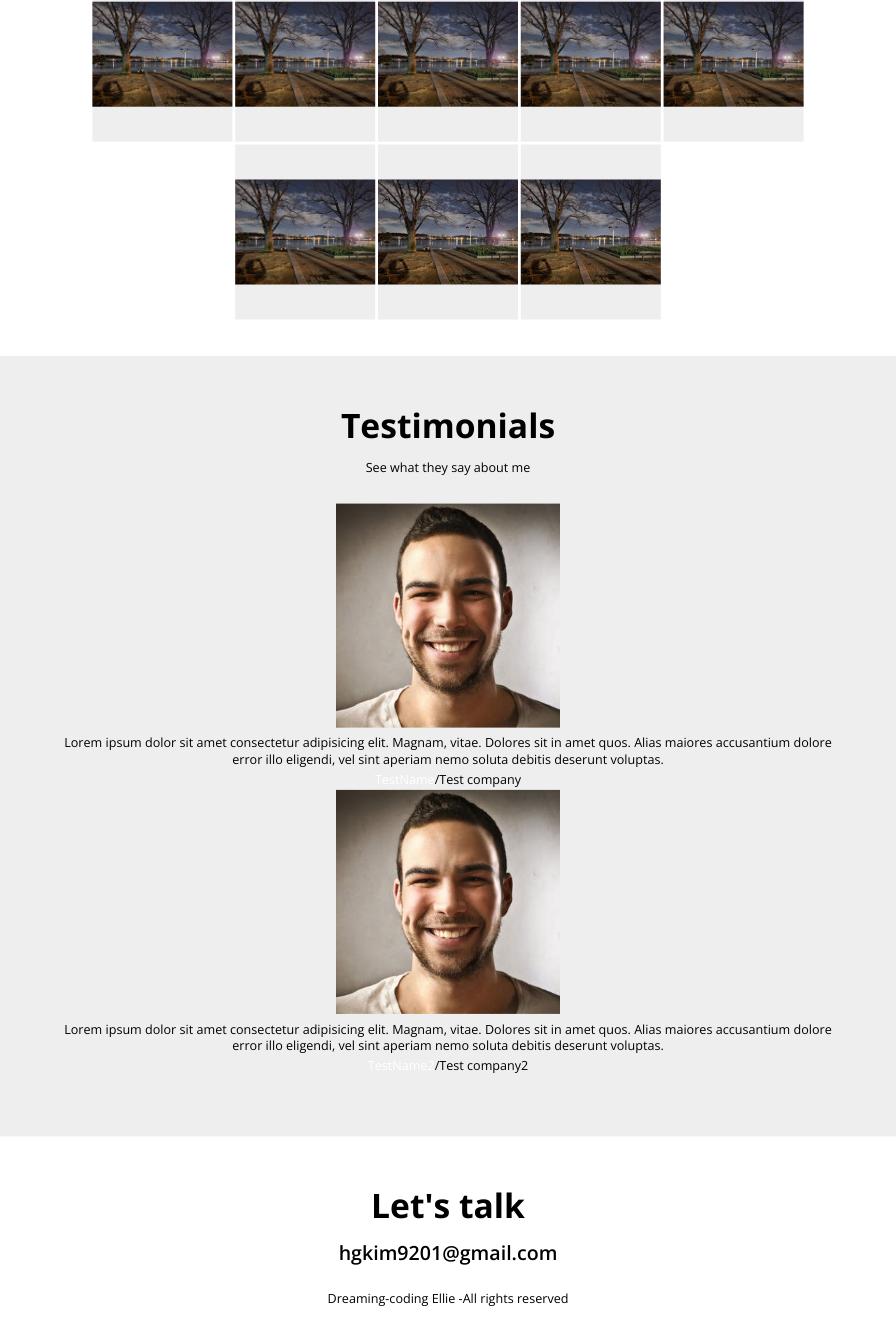
Repository: delphkim/portfolio
Page: index.html
These files come from the project's save history. The page is drawn as it stood at one moment and after the next save; the edit follows.
The browser window is 1280 px wide. The pictures show the part of the page from y = 2609 to 4529 px (the page is 4529 px tall before and 4371 px after), at 70% of full size.
Some web libraries are served in a nearby version.

Above is the page before, as saved 2021-08-04 17:17:33.

### index.html
<!DOCTYPE html>
<html lang="en">
  <head>
    <meta charset="UTF-8" />
    <meta http-equiv="X-UA-Compatible" content="IE=edge" />
    <meta name="viewport" content="width=device-width, initial-scale=1.0" />
    <title>DevelPhaba's Portfolio</title>
    <meta name="description" content="Portfolio for world-reknowned software engineer develPhaba"/>
    <meta name="author" content="develPhaba" />
    <link rel="icon" type="img/png" href="./imgs/favicon.png">
    <script src="https://kit.fontawesome.com/d2b892ca94.js" crossorigin="anonymous"></script>
    <link rel="preconnect" href="https://fonts.googleapis.com" />
    <link rel="preconnect" href="https://fonts.gstatic.com" crossorigin />
    <link href="https://fonts.googleapis.com/css2?family=Open+Sans:wght@400;600;700&display=swap" rel="stylesheet"/>
    <!-- CSS rules to specify families -->
    <!-- 1. font-family: 'Open Sans', sans-serif;  -->
    <link rel="stylesheet" href="./style.css">
    <script src="./main.js" defer></script>
  </head>
  <body>
    <!-- Navbar -->
    <nav id="navbar">
      <div class="navbar__logo">
        <img class="navbar__icon" src="./imgs/favicon.png" alt="logo">
        <a href="#">develPhaba</a>
      </div>

        <ul class="navbar__menu">
          <li class="navbar__menu__item active">Home</li>
          <li class="navbar__menu__item">About</li>
          <li class="navbar__menu__item">Skills</li>
          <li class="navbar__menu__item">My work</li>
          <li class="navbar__menu__item">Testimonials</li>
          <li class="navbar__menu__item">Contact</li>
        </ul>

    </nav>
    <!-- Home -->
    <section id="home">
      <img src="./imgs/home.jpg"
           alt="develPhabas' profile photo"
           class="home__avatar">
           <h1 class="home__title">Hello, <br>I'm develPhaba</br></h1>
           <h2 class="home__description">Front-end engineer, who wants to be a Full-stack engineer </h2>
           <button class="home__contact">Contact me</button>
    </section>
    <!-- About -->
    <section id="about" class="section section__container">
      <h1>About me</h1>
      <p>I've studied front-end skills.
        <br>After working as a front-end endgineer for several years,
        <br>I want to broaden my skill stack.
      </p>
      <div class="about__majors">
        <div class="major">
          <div class="major__icon">
            <i class="fab fa-html5"></i>
          </div>
          <h2 class="major__title">HTML</>
          <p class="major__description">HTML5</p>
        </div>
        <div class="major">
            <div class="major__icon">
              <i class="fab fa-css3-alt"></i>
            </div>
            <h2 class="major__title">CSS</h2>
            <p class="major__description">CSS3</p>
        </div>
        <div class="major">
          <div class="major__icon">
            <i class="fab fa-js"></i>
          </div>
          <h2 class="major__title">JavaScript</h2>
          <p class="major__description">ES5<br>ES6+</p>
        </div>
      </div>
      <div class="about__schools">
        <div class="school">
          <img src="./imgs/schools/dream-coding.png" alt="dream-coding" class="school__logo">
          <div class="school__description">
             <p class="school__title">Dream-coding Academy</p>
             <p class="school__years">2021.6~</p>
          </div>
        </div>
        <div class="school">
          <img src="./imgs/schools/inflearn.png" alt="inflearn" class="school__logo">
          <div class="school__description">
             <p class="school__title">Inflearn</p>
             <p class="school__years">2021.1~</p>
          </div>
        </div>
      </div>

    </section>
    <!-- Skills -->
     <section id="skills" class="section">
       <div class="section__container">
           <h1>Skills</h1>
  <h2>Skills & Attributes</h2>
  <p>
    Passion for learning new technologies. Capable of working with a team environment
    and independently. Ability to plan and time schedule, work under
    strict time pressure and adapt quickly when needed.
  </p>
  <div class="skillset">
    <div class="skillset__left">
      <h3 class="skillset__title">Skills</h3>
      <div class="skill">
        <div class="skill__description">
          <span>HTML</span>
          <span>60%</span>
        </div>
        <div class="skill__bar">
          <div class="skill__value" style="width: 60%"></div>
        </div>
      </div>
      <div class="skill">
        <div class="skill__description">
          <span>CSS</span>
          <span>65%</span>
        </div>
        <div class="skill__bar">
          <div class="skill__value" style="width: 65%"></div>
        </div>
      </div>
      <div class="skill">
        <div class="skill__description">
          <span>JavaScript</span>
          <span>70%</span>
        </div>
        <div class="skill__bar">
          <div class="skill__value" style="width: 70%"></div>
        </div>
      </div>
    </div>
    <div class="skillset__right">
      <div class="tools">
        <h3 class="skillset__title">tools</h3>
        <ul class="tools__list">
          <li><span>Visual Studio Code</span></li>
          <li><span>...</span></li>
          <li><span>...</span></li>
          <li><span>...</span></li>
          <li><span>...</span></li>
        </ul>
      </div>
      <div class="etc">
        <h3 class="skillset__title">etc</h3>
        <ul class="ect__list">
          <li><span>Git</span></li>
          <li><span>Github</span></li>
          <li><span>...</span></li>
        </ul>
      </div>
    </div>
  </div>
       </div>
    </section>
   <!-- Work -->
    <section id="work" class="section">
      <h1>My work</h1>
      <h3>Projects</h3>
      <div class="work__categories">
        <button class="category__btn">All <span class="category__count">8</span></button>
        <button class="category__btn">Vanilla JS <span class="category__count">3</span></button>
        <button class="category__btn">React <span class="category__count">3</span></button>
        <button class="category__btn">Backend <span class="category__count">2</span></button>
      </div>
      <div class="work__projects">
        <a href="https://github.com/develPhaba/test"
           class="project"
           target="blank">
           <img class="project__img" src="./imgs/projects/1.jpg" alt="one">
           <div class="project__description">
             <h3>first project</h3>
             <span>Clone coding with HTML and CSS</span>
           </div>
        </a>
        <a href="https://github.com/develPhaba/test"
           class="project"
           target="blank">
           <img class="project__img" src="./imgs/projects/2.jpg" alt="two">
           <div class="project__description">
            <h3>Second project</h3>
            <span>Clone coding with HTML, CSS and JavaScript</span>
          </div>
        </a>
        <a href="https://github.com/develPhaba/test"
           class="project"
           target="blank">
           <img class="project__img" src="./imgs/projects/3.jpg" alt="three">
           <div class="project__description">
            <h3>third project</h3>
            <span>Clone coding with HTML,CSS and JavaScript</span>
           </div>
        </a>
        <a href="https://github.com/develPhaba/test"
           class="project"
           target="blank">
          <img class="project__img" src="./imgs/projects/4.jpg" alt="four">
          <div class="project__description">
            <h3>fourth project</h3>
            <span>Clone coding,Front-end with React</span>
          </div>
        </a>
        <a href="https://github.com/develPhaba/test"
           class="project"
           target="blank">
          <img class="project__img" src="./imgs/projects/5.jpg" alt="five">
          <div class="project__description">
            <h3>fifth project</h3>
            <span>Clone coding,Front-end with React</span>
          </div>
        </a>
        <a href="https://github.com/develPhaba/test"
           class="project"
           target="blank">
          <img class="project__img" src="./imgs/projects/6.jpg" alt="six">
          <div class="project__description">
            <h3>sixth project</h3>
            <span>Clone coding,Front-end with React</span>
          </div>
        </a>
        <a href="https://github.com/develPhaba/test"
           class="project"
           target="blank">
           <img class="project__img" src="./imgs/projects/7.jpg" alt="seven">
           <div class="project__description">
            <h3>seventh project</h3>
            <span>Clone coding, Back-end with Node.js</span>
           </div>
        </a>
        <a href="https://github.com/develPhaba/test"
           class="project"
           target="blank">
           <img class="project__img" src="./imgs/projects/8.jpg" alt="eight">
           <div class="project__description">
            <h3>eighth project</h3>
            <span>Clone coding, Back-end with Node.js</span>
           </div>
        </a>
      </div>
    </section>
    <!-- Testimonials -->
    <section id="testimonials" class="section">
      <h1>Testimonials</h1>
      <h3>See what they say about me</h3>
      <div class="testimonials">
        <div class="testimonial">
          <img src="./imgs/testimonial/people1.jpg"
               alt="people"
               class="testimonial__avatar">
               <div class="testimonial__speech-bubble">
                 <p>Lorem ipsum dolor sit amet consectetur adipisicing elit. Magnam, vitae.
                   Dolores sit in amet quos. Alias maiores accusantium dolore error illo eligendi,
                   vel sint aperiam nemo soluta debitis deserunt voluptas.</p>
                   <p class="name"><a href="https://github.com/develPhaba/test">TestName</a>/Test company</p>
               </div>
        </div>
        <div class="testimonial">
          <img src="./imgs/testimonial/people2.jpg"
               alt="people"
               class="testimonial__avatar">
               <div class="testimonial__speech-bubble">
                <p>Lorem ipsum dolor sit amet consectetur adipisicing elit. Magnam, vitae.
                  Dolores sit in amet quos. Alias maiores accusantium dolore error illo eligendi,
                  vel sint aperiam nemo soluta debitis deserunt voluptas.</p>
                <p class="name"><a href="https://github.com/develPhaba/test">TestName2</a>/Test company2</p>
              </div>
        </div>
      </div>
    </section>
    <!-- Contact -->
    <section id="contact" class="section">
      <h1 class="contact__title">Let's talk</h1>
      <h2 class="contact__email">hgkim9201@gmail.com</h2>
      <div class="contact__links">
      <a href="https://github.com/develPhaba">
        <i class="fa fa-github"></i>
      </a>
      <a href="">
      <i class="fa fa-linkedin-square"></i>
      </a>
      </div>
      <p class="contact__rights">Dreaming-coding Ellie -All rights reserved</p>
    </section>
  </body>
</html>

### style.css
:root {
  /* Color */
  --color-white: #ffffff;
  --color-light-white: #eeeeee;
  --color-dark-white: #bdbdbd;
  --color-pink: #fe918d;
  --color-dark-pink: #ff6863;
  --color-dark-grey: #4d4d4d;
  --color-grey: #616161;
  --color-light-grey: #7c7979;
  --color-blue: #73aace;
  --color-yellow: #fff7d1;
  --color-orange: #feb546;
  --color-black: #000000;
  --color-green: #80deea;
  --color-dark-green: #17b0bb;
  --color-sky-blue: #2979ff;
  --color-dark-blue: rgb(31, 94, 204);
  /* Font size */
  --font-large: 48px;
  --font-medium: 28px;
  --font-regular: 18px;
  --font-small: 16px;
  --font-micro: 14px;
  /* Font weight */
  --weight-bold: 700;
  --weight-semi-bold: 600;
  --weight-regular: 400;
  /* Size */
  --size-border-radius: 4px;
  /*Animation*/
  --animation-duration: 300ms;
}
/* Universal tags */
* {
  box-sizing: border-box;
}
body {
  font-family: "Open Sans", sans-serif;
  margin: 0;
  cursor: default;
}
a {
  text-decoration: none;
  color: var(--color-white);
}
ul {
  list-style: none;
  padding-left: 0;
}
h1 {
  font-size: var(--font-large);
  font-weight: var(--weight-bold);
  color: var(--color-black);
  margin: 16px 0;
}
h2 {
  font-size: var(--font-medium);
  font-weight: var(--weight-semi-bold);
  color: var(--color-black);
  margin: 8px 0;
}
h3 {
  font-size: var(--font-regular);
  font-weight: var(--weight-regular);
  color: var(--color-black);
  margin: 8px 0;
}
p {
  font-size: var(--font-regular);
  font-weight: var(--weight-regular);
  color: var(--color-black);
  margin: 4px 0;
}
button {
  background-color: transparent;
  cursor: pointer;
  border: none;
  outline: none;
}
/* Navbar */
#navbar {
  display: flex;
  justify-content: space-between;
  background-color: var(--color-sky-blue);
  align-items: center;
  color: var(--color-white);
  padding: 16px;
}
.navbar__logo {
  font-size: var(--font-medium);
  font-weight: var(--weight-semi-bold);
}
.navbar__icon {
  width: var(--font-medium);
  height: var(--font-medium);
}
.navbar__menu {
  display: flex;
}
.navbar__menu__item {
  padding: 8px 12px;
  margin: 0 4px;
  cursor: pointer;
  border-radius: var(--size-border-radius);
}
.navbar__menu__item:hover {
  background-color: var(--color-dark-blue);
}
.navbar__menu__item.active {
  border: 1px solid var(--color-white);
}
/*Home*/
#home {
  background: url(./imgs/homepage-background.png) center/cover no-repeat;
  padding: 40px;
  text-align: center;
}
.home__avatar {
  width: 250px;
  height: 250px;
  border-radius: 50%;
  border: 2px solid var(--color-light-white);
}
.home__title,
.home__description {
  color: var(--color-white);
}
.home__contact {
  color: var(--color-white);
  font-size: var(--font-regular);
  font-weight: var(--weight-bold);
  margin: 24px;
  padding: 8px 12px;
  border: 2px solid var(--color-white);
  border-radius: var(--size-border-radius);
}
/* Section common */
.section {
  text-align: center;
  padding: 50px;
  margin: auto;
}
.section__container {
  max-width: 1200px;
  margin: auto;
}
/* About me */
.about__majors {
  display: flex;
  justify-content: space-between;
  margin: 80px 0;
}
.major__icon {
  color: var(--color-dark-blue);
  font-size: 70px;
  width: 170px;
  height: 170px;
  line-height: 170px;
  margin: auto;
  border: 1px solid var(--color-blue);
  border-radius: 50%;
  margin-bottom: 16px;
}
.major__title,
.major__description {
  color: var(--color-dark-grey);
}
.major__description {
  font-size: var(--font-small);
}
.major__icon i {
  transition: all var(--animation-duration) ease;
}
.major__icon:hover i {
  transform: rotate(-30deg) scale(1.1);
  color: var(--color-dark-pink);
}
.school {
  display: flex;
  align-items: center;
}
.school__description {
  margin: 0 16px;
  text-align: left;
}
.school__title,
.school__years {
  color: var(--color-dark-grey);
}

.school__title {
  font-size: var(--font-small);
}
.school__years {
  font-size: var(--font-micro);
}
/* Skills */
#skills {
  background-color: var(--color-yellow);
}
.skillset {
  display: flex;
  background-color: var(--color-light-grey);
  color: var(--color-light-white);
  margin: 20px 0;
}
.skillset__title {
  color: var(--color-white);
}
.skillset__left {
  flex-basis: 60%;
  background-color: var(--color-dark-grey);
  padding: 20px 40px;
}
.skill__description {
  display: flex;
  justify-content: space-between;
}
.skillset__right {
  flex-basis: 40%;
}
.skill {
  margin-bottom: 32px;
}
.skill__bar {
  width: 100%;
  height: 3px;
  background-color: var(--color-light-grey);
  border-radius: var(--size-border-radius);
}
.skill__value {
  height: 3px;
  background-color: var(--color-orange);
  border-radius: var(--size-border-radius);
}
.tools {
  background-color: var(--color-grey);
}

.tools,
.etc {
  padding: 20px;
}

/* Work */
.work__categories {
  margin: 40px;
}
.category__btn {
  border: 1px solid var(--color-light-white);
  border-radius: var(--size-border-radius);
  font-size: var(--font-regular);
  padding: 8px 48px;
}
.category__btn.active,
.category__btn:hover {
  background-color: var(--color-sky-blue);
  color: var(--color-white);
}
.category__btn.active .category__count,
.category__btn:hover .category__count {
  opacity: 1;
  top: 0;
}
.category__count {
  border-radius: 50%;
  background-color: var(--color-dark-green);
  color: var(--color-white);
  width: 24px;
  height: 24px;
  display: inline-block;
  line-height: 24px;
  position: relative;
  top: -20px;
  left: 4px;
  opacity: 0;
  transition: all var(--animation-duration) ease-in;
}

.work__projects {
  display: flex;
  flex-wrap: wrap;
  justify-content: center;
}
.project {
  width: 200px;
  height: 250px;
  margin: 2px;
  background-color: var(--color-light-white);
  position: relative;
  display: flex;
  justify-content: center;
  align-items: center;
}

.project__img {
  max-width: 100%;
  max-height: 100%;
}
.project__description {
  position: absolute;
  top: 0;
  left: 0;
  background-color: var(--color-black);
  width: 100%;
  height: 100%;
  display: flex;
  flex-direction: column;
  justify-content: center;
  transition: all var(--animation-duration) ease-in;
  opacity: 0;
  transform: translateY(-10px);
}
.project:hover .project__description {
  opacity: 0.8;
  transform: translateY(0);
}

.project__description h3 {
  color: var(--color-white);
}
.project__description h3:after {
  content: "";
  width: 24px;
  height: 2px;
  background-color: var(--color-dark-white);
  display: block;
  position: relative;
  left: 50%;
  margin-left: -12px;
  margin-top: 8px;
}
/* Testimonials */
#testimonials {
  background-color: var(--color-light-white);
}
.testimonials {
  margin: 40px;
}
.testimonials :nth-child(2) {
  flex-direction: row-reverse;
}
.testimonial {
  margin-bottom: 16[x;]
  display: flex;
}

Loaded but not shown: main.js (no stored copy; drawn as an empty file)

After the next save:
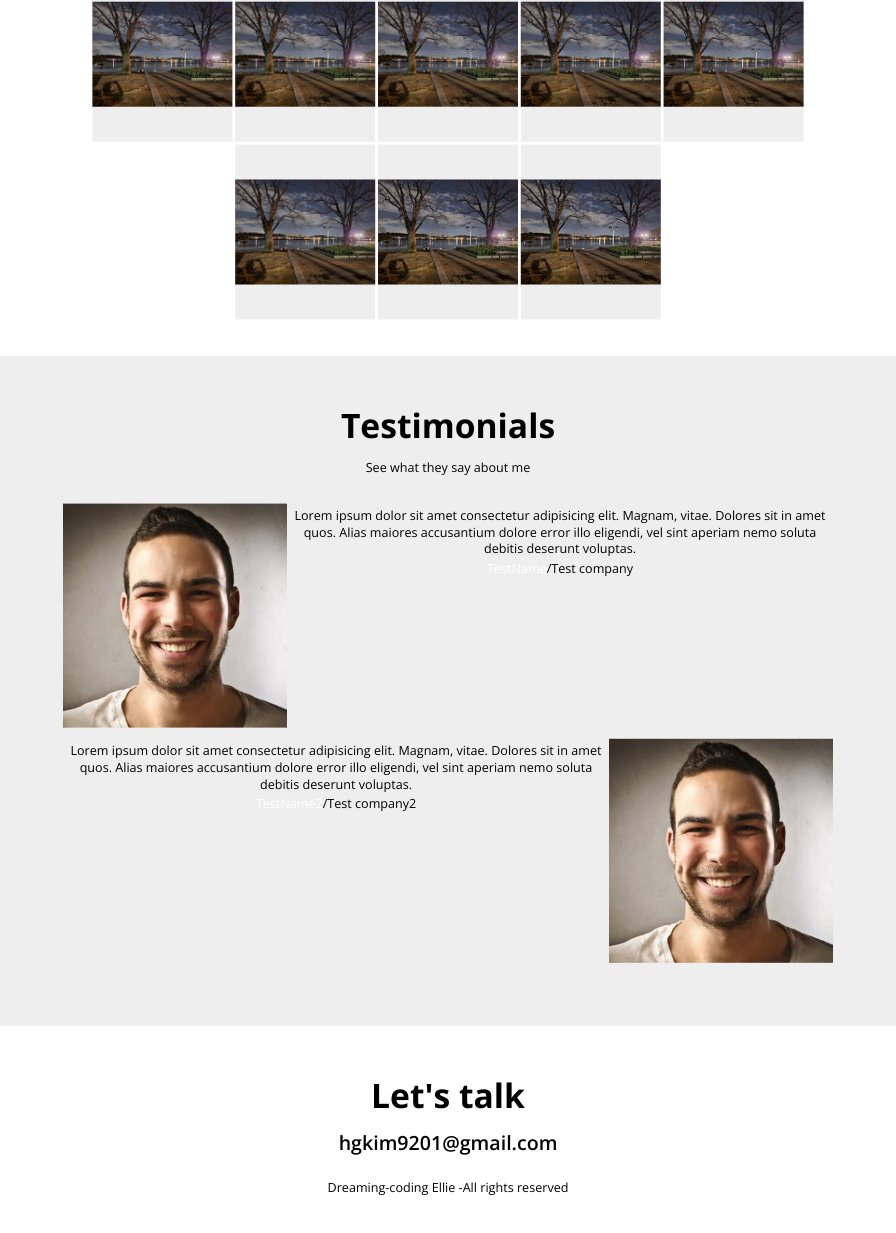
Saved 8 s later.
--- a/style.css
+++ b/style.css
@@ -342,6 +342,6 @@
   flex-direction: row-reverse;
 }
 .testimonial {
-  margin-bottom: 16[x;]
-  display: flex;
-}
+  margin-bottom: 16px;
+  display: flex;
+}
